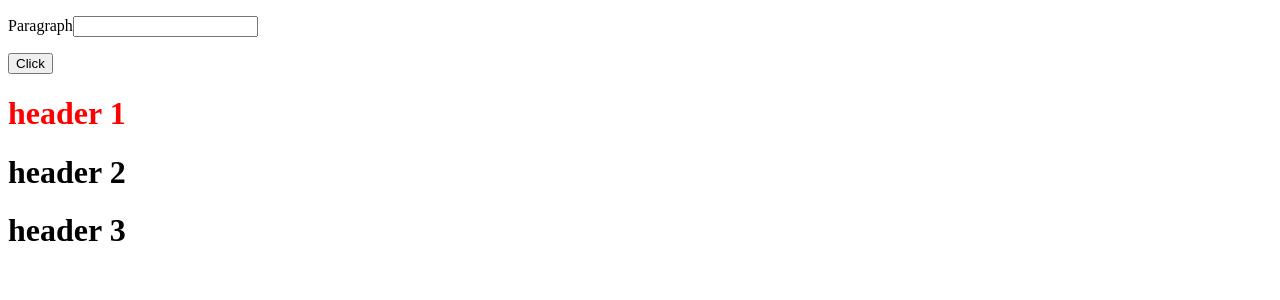
Repository: ravinforu/HTML5_CSS3_JS_Frameworks_Jul_2012-1
Page: Day01/WebContent/ajax.html
These files come from the project's save history. The page is drawn as it stood at one moment and after the next save; the edit follows.
The browser window is 1280 px wide. The pictures show the whole page.
After loading, the first visible `#click` was clicked once.

Above is the page before, as saved 2012-07-20 09:59:19.

After the next save:
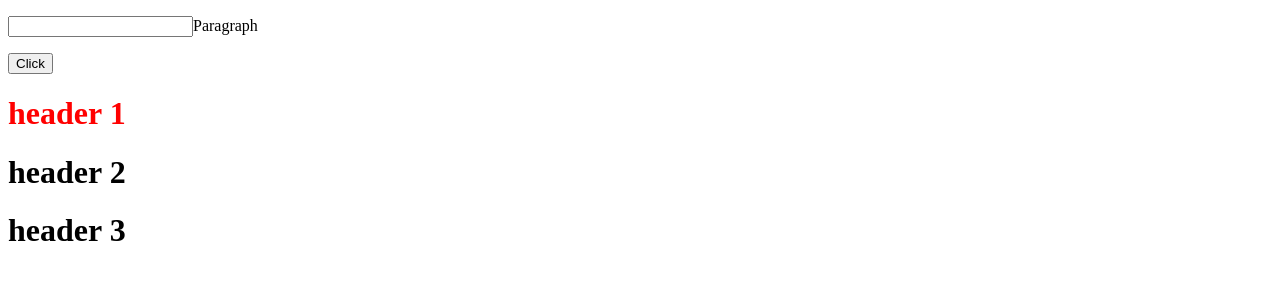
Saved 18 s later.
--- a/Day01/WebContent/ajax.html
+++ b/Day01/WebContent/ajax.html
@@ -4,7 +4,7 @@
 	<script src="jquery-1.7.2.js"></script>
 	<script>
 		function add(){
-			$("p").append("<input type='text'>");
+			$("p").prepend("<input type='text'>");
 		}
 		$().ready(function(){
 			$("#click").on("click",add);

After the save that followed:
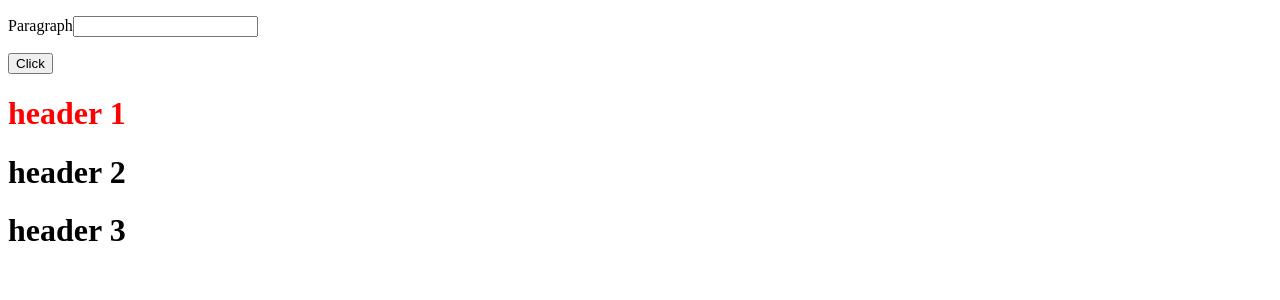
Saved 15 s later.
--- a/Day01/WebContent/ajax.html
+++ b/Day01/WebContent/ajax.html
@@ -4,7 +4,7 @@
 	<script src="jquery-1.7.2.js"></script>
 	<script>
 		function add(){
-			$("p").prepend("<input type='text'>");
+			$("p").append("<input type='text'>");
 		}
 		$().ready(function(){
 			$("#click").on("click",add);
